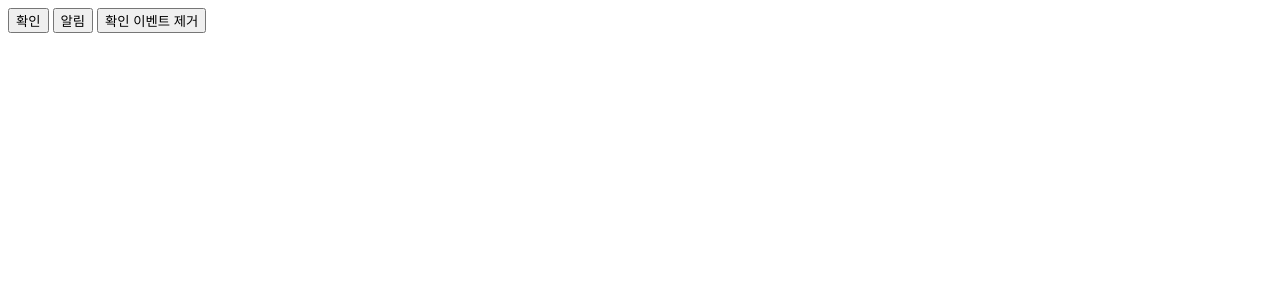
Repository: Baechangho/JavaBasic
Page: workspace_web/Front/src/main/webapp/jqEvent/jqEvent_01.html
An editor plug-in stored every save of this project. The page is shown before and after the next save, followed by the edit.
The browser window is 1280 px wide. The pictures show the whole page.
After loading, the first visible `#btnAlert` was clicked once.

Above is the page before, as saved 2023-08-10 01:49:30.

After the next save:
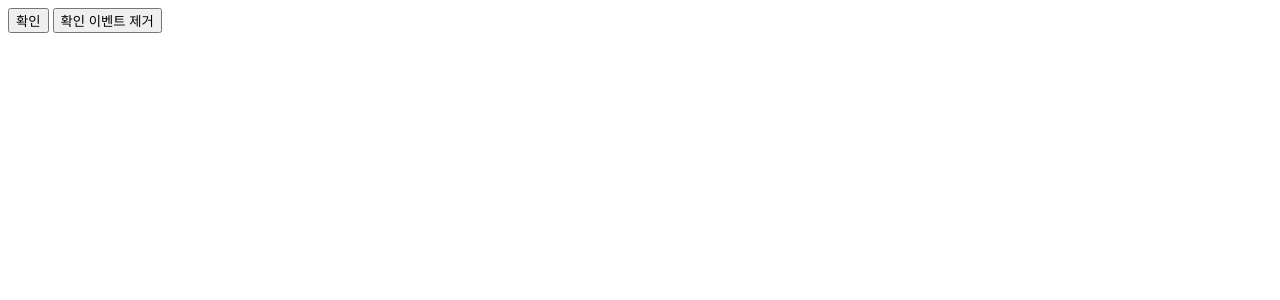
Saved 6 s later.
--- a/workspace_web/Front/src/main/webapp/jqEvent/jqEvent_01.html
+++ b/workspace_web/Front/src/main/webapp/jqEvent/jqEvent_01.html
@@ -18,6 +18,7 @@ $(function() {
 	$("#btnAlert").on("click", function(){
 		console.log("#btnAlert click")
 		$btnOk.prependTo($("div"))
+		$(this).remove()
 	})
 
 })
